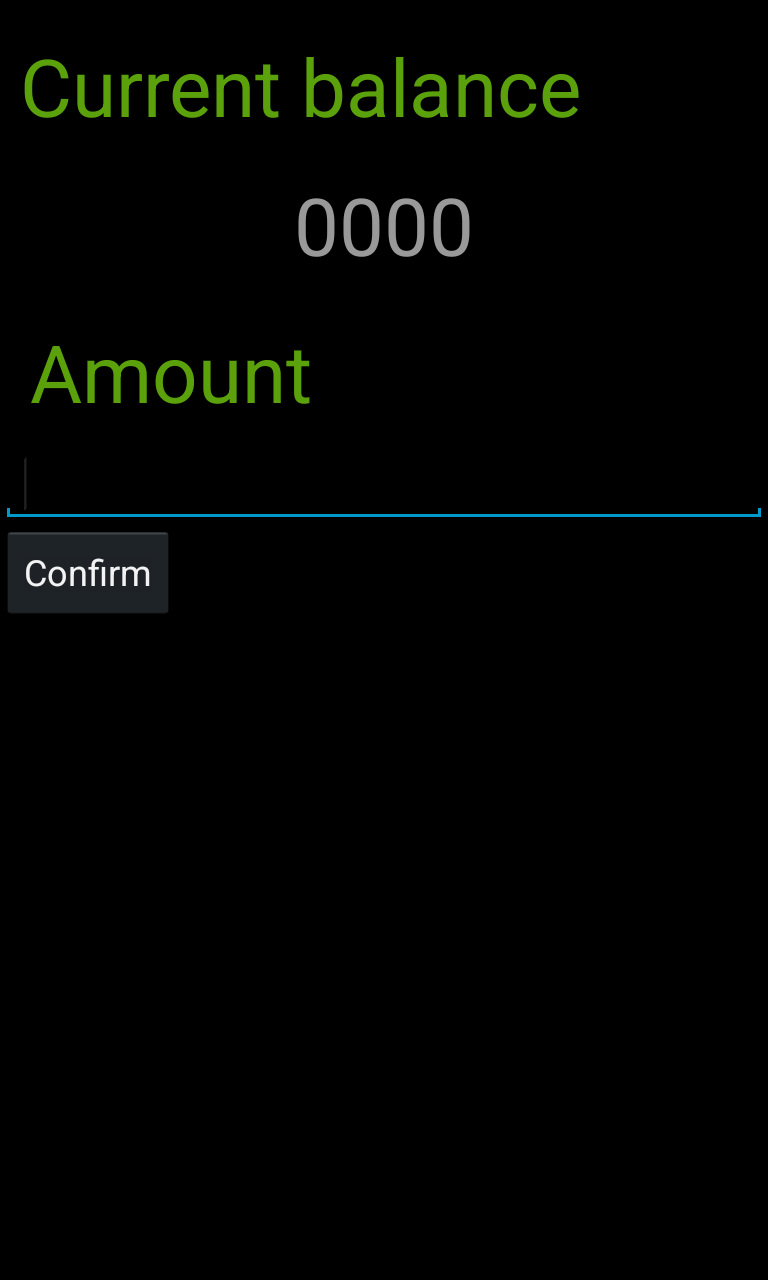
Repository: rrafols/EcoHack
Layout: EcoWalletAndroid/res/layout/payment_layout.xml
These files come from the project's save history. The layout is drawn as it stood at one moment and after the next save; the edit follows.
It is drawn on a 768 x 1280 px phone screen (xhdpi) without system bars, with theme android:Theme.Holo; the app's code is not run.

Above is the layout before, as saved 2014-02-23 05:22:48.

### EcoWalletAndroid/res/layout/payment_layout.xml
<?xml version="1.0" encoding="utf-8"?>
<FrameLayout xmlns:android="http://schemas.android.com/apk/res/android"
    android:layout_width="match_parent"
    android:layout_height="match_parent" >

    <LinearLayout
        android:id="@+id/LayoutPaymentActivity"
        android:layout_width="match_parent"
        android:layout_height="match_parent"
        android:orientation="vertical" >

        <TextView
        android:id="@+id/textView1"
        android:layout_width="wrap_content"
        android:layout_height="wrap_content"
        android:layout_marginLeft="10dp"
        android:layout_marginTop="@dimen/activity_vertical_margin"
        android:layout_marginBottom="16dp"
        android:text="Current balance"
        android:textAppearance="?android:attr/textAppearanceLarge"
        android:textColor="#5BA10C"
        android:textSize="40sp" />

        <TextView
            android:id="@+id/textViewCurrentBalance"
            android:layout_width="match_parent"
            android:layout_height="wrap_content"
            android:textSize="40sp"
            android:textColor="#999999"
            android:gravity="center_horizontal"
            android:text="0000"
            android:textAppearance="?android:attr/textAppearanceLarge" />

        <TextView
        android:id="@+id/textView2"
        android:layout_width="match_parent"
        android:layout_height="wrap_content"
        android:layout_marginLeft="15dp"
        android:layout_marginTop="20dp"
        android:layout_marginBottom="10dp"
        android:text="Amount"
        android:textAppearance="?android:attr/textAppearanceLarge"
        android:textColor="#5BA10C"
        android:textSize="40sp" />

        <EditText
            android:id="@+id/amount2pay"
            android:layout_width="match_parent"
            android:layout_height="wrap_content"
            android:ems="10"
            android:inputType="number" >

            <requestFocus />
        </EditText>

        <Button
            android:id="@+id/confirmaPago"
            android:layout_width="wrap_content"
            android:layout_height="wrap_content"
            android:text="Confirm" />
    </LinearLayout>

    <TextView
        android:id="@+id/FondoQr"
        android:layout_width="match_parent"
        android:layout_height="match_parent"
        android:background="@android:color/white"
        android:visibility="gone"
        android:text="" />

</FrameLayout>

Loaded but not shown: EcoWalletAndroid/res/values/dimens.xml (common file)

After the next save:
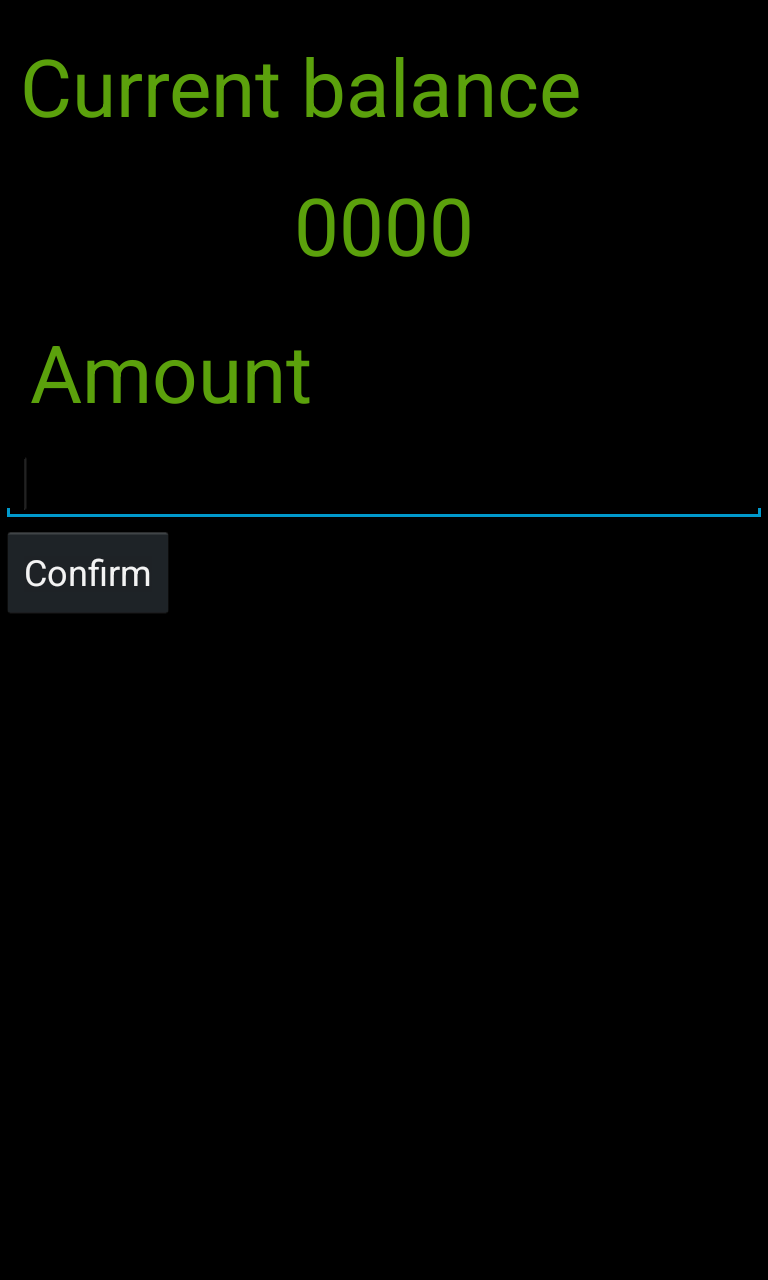
Saved 56 s later.
--- a/EcoWalletAndroid/res/layout/payment_layout.xml
+++ b/EcoWalletAndroid/res/layout/payment_layout.xml
@@ -26,7 +26,7 @@
             android:layout_width="match_parent"
             android:layout_height="wrap_content"
             android:textSize="40sp"
-            android:textColor="#999999"
+            android:textColor="#5BA10C"
             android:gravity="center_horizontal"
             android:text="0000"
             android:textAppearance="?android:attr/textAppearanceLarge" />
